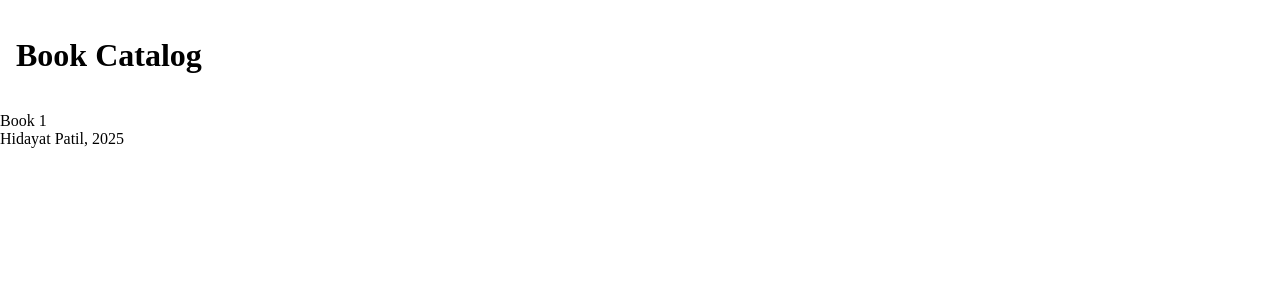
Repository: HidayatPatil/fwd-Week3-Assignment
Page: /
The author's editor kept a copy of each file at every save. The page is drawn from the files as they stood at one save, then again after the next save.
The browser window is 1280 px wide. The pictures show the whole page.
The project was rebuilt for these pictures with package versions that can differ from the ones it lists, and the page was loaded fresh each time. Also part of the build but not shown: vite.config.js.

Above is the page before, as saved 2025-09-12 22:54:12.

### src/index.css
body {
    margin: 0;
}

.header {
    padding: 16px;
    margin
}

### src/App.jsx
function App() {
  return (
    <div>
      <div className="header">
        <h1>Book Catalog</h1>
      </div>
      <div className="book_listing">Book 1</div>
      <div className="footer">Hidayat Patil, 2025</div>
    </div>
  );
}

export default App;

Loaded but not shown: index.html (common file); src/main.jsx (common file)

After the next save:
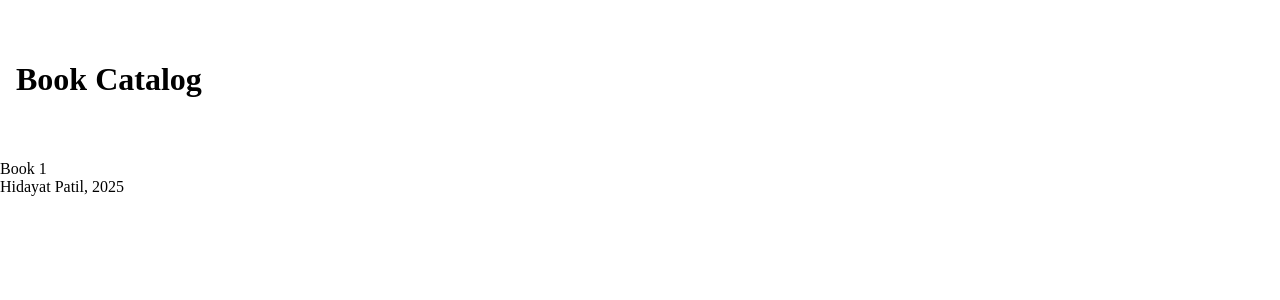
Saved 20 s later.
--- a/src/index.css
+++ b/src/index.css
@@ -4,5 +4,5 @@
 
 .header {
     padding: 16px;
-    margin
+    margin: 24px 0;
 }
